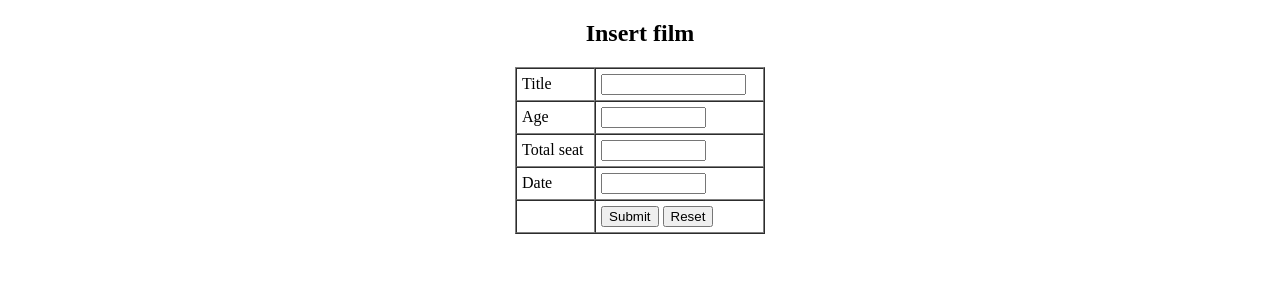
Repository: lmcoa15/Movie
Page: http://localhost/movie/admin/admin_Insert_film.jsp
These files come from the project's save history. The page is drawn as it stood at one moment and after the next save; the edit follows.
The browser window is 1280 px wide. The pictures show the whole page.
The page is served by Tomcat 9.

Above is the page before, as saved 2015-12-06 09:32:30.

After the next save:
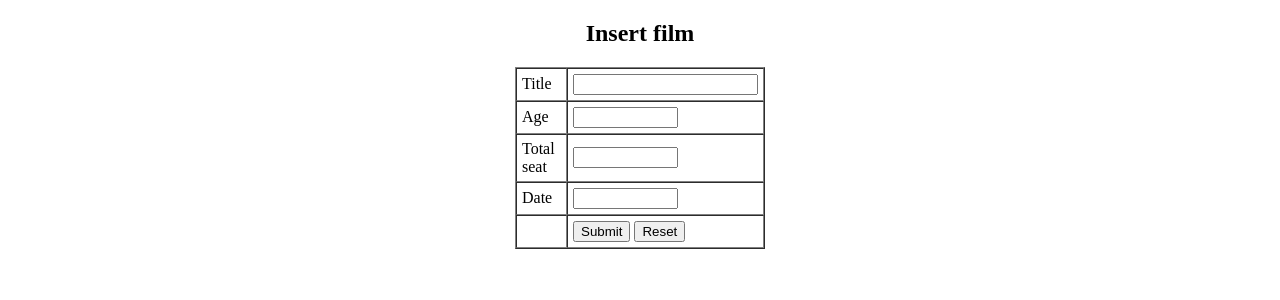
Saved 6 s later.
--- a/workspace/movie/WebContent/admin/admin_Insert_film.jsp
+++ b/workspace/movie/WebContent/admin/admin_Insert_film.jsp
@@ -13,7 +13,7 @@
 												cellpadding="5">
 	<tr>
 		<td>Title</td>
-		<td><input type="text" name="name_film" size=15></td>
+		<td><input type="text" name="name_film" size=20></td>
 	</tr>
 	<tr>
 		<td>Age</td>
